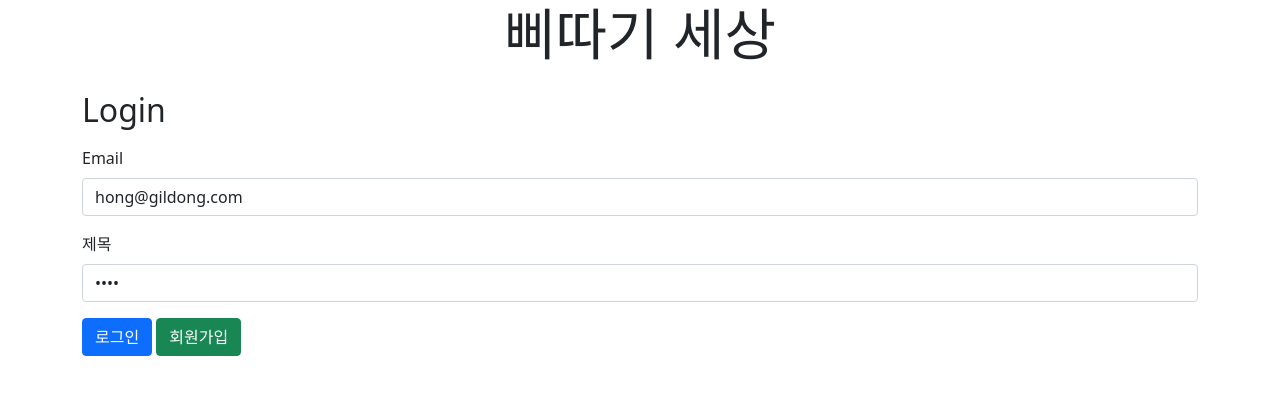
Repository: rltn2121/ssafy_7th
Page: http://localhost/BoardWebAjaxJson/jsp/login.jsp
The author's editor kept a copy of each file at every save. The page is drawn from the files as they stood at one save, then again after the next save.
The browser window is 1280 px wide. The pictures show the whole page.
The page is served by Tomcat 9.

Above is the page before, as saved 2022-03-23 12:53:05.

After the next save:
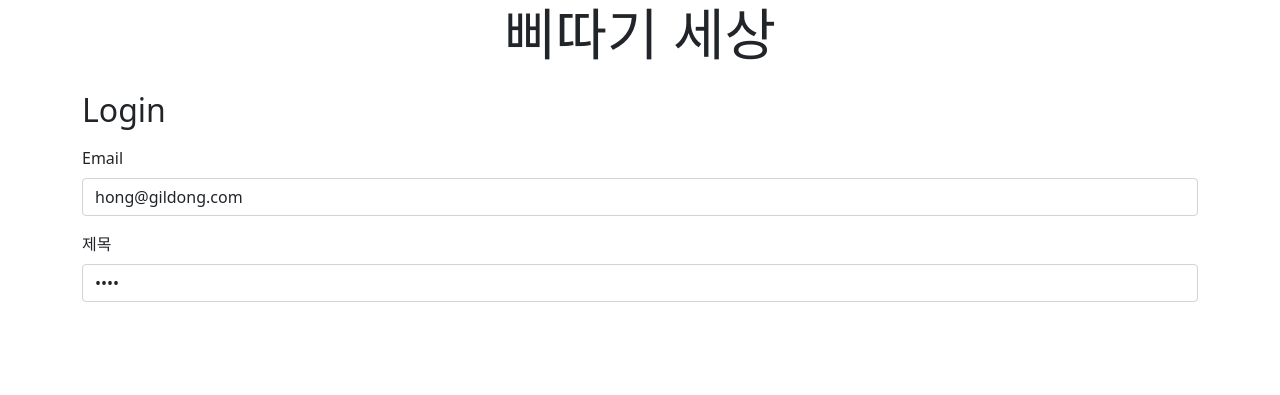
Console error: TypeError: Cannot set properties of null (setting 'onclick')
Saved 75 s later.
--- a/BoardWebAjaxJson/WebContent/jsp/login.jsp
+++ b/BoardWebAjaxJson/WebContent/jsp/login.jsp
@@ -29,10 +29,7 @@
       <label for="userPassword" class="form-label">제목</label>
       <input type="password" class="form-control" id="userPassword" name="userPassword" value="1234">
     </div>
-    <div>
-        <button id="btnLogin" class="btn btn-primary">로그인</button>
-        <a href="<%=contextPath%>/jsp/register.jsp" class="btn btn-success">회원가입</a>
-    </div>
+
 </div>
 
 <script>
